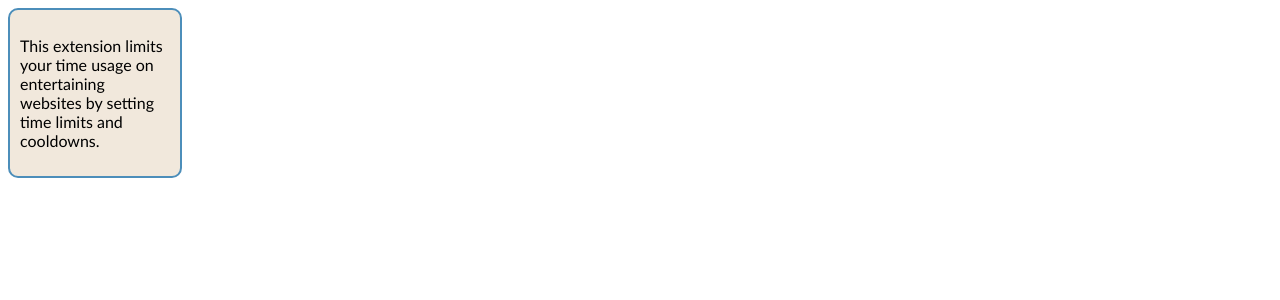
Repository: AndrlmMass/Time-management-chrome-extension
Page: popup.html
These files come from the project's save history. The page is drawn as it stood at one moment and after a run of saves; the edit follows.
The browser window is 1280 px wide. The pictures show the whole page.

Above is the page before, as saved 2023-08-24 20:47:42.

After the next 2 saves:
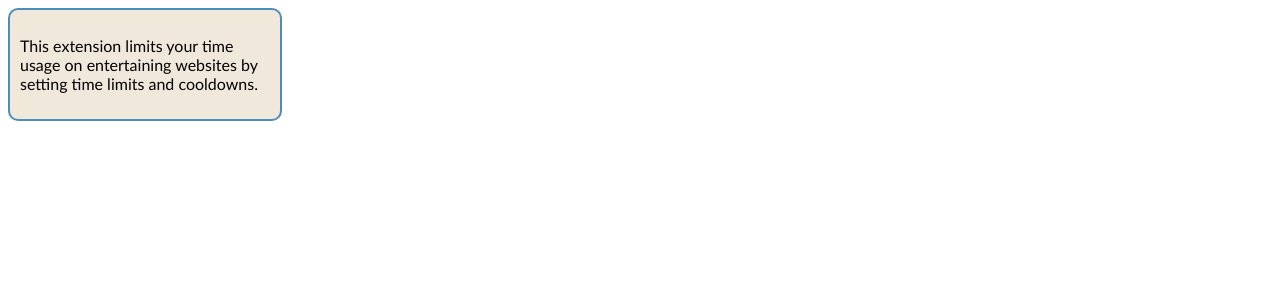
The 2 saves are shown as one change because they came seconds apart.
The last was saved 61 s later.
--- a/styles.css
+++ b/styles.css
@@ -11,7 +11,7 @@
   #popup-container {
     padding: 10px;
     margin: 0;
-    width: 150px;
+    width: 250px;
     background-color: #f1e8dc;
     border: 2px solid #4c8eba;
     border-radius: 10px;

After the 2 saves that followed:
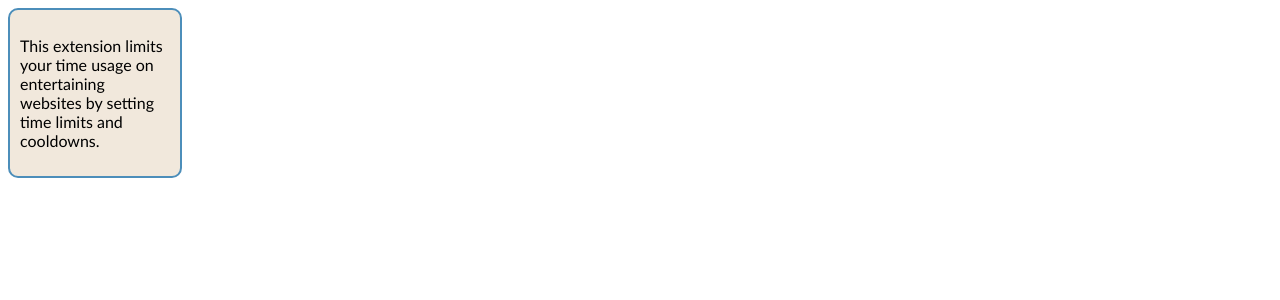
The 2 saves are shown as one change because they came seconds apart.
The last was saved 9 s later.
--- a/styles.css
+++ b/styles.css
@@ -11,7 +11,7 @@
   #popup-container {
     padding: 10px;
     margin: 0;
-    width: 250px;
+    width: 150px;
     background-color: #f1e8dc;
     border: 2px solid #4c8eba;
     border-radius: 10px;
